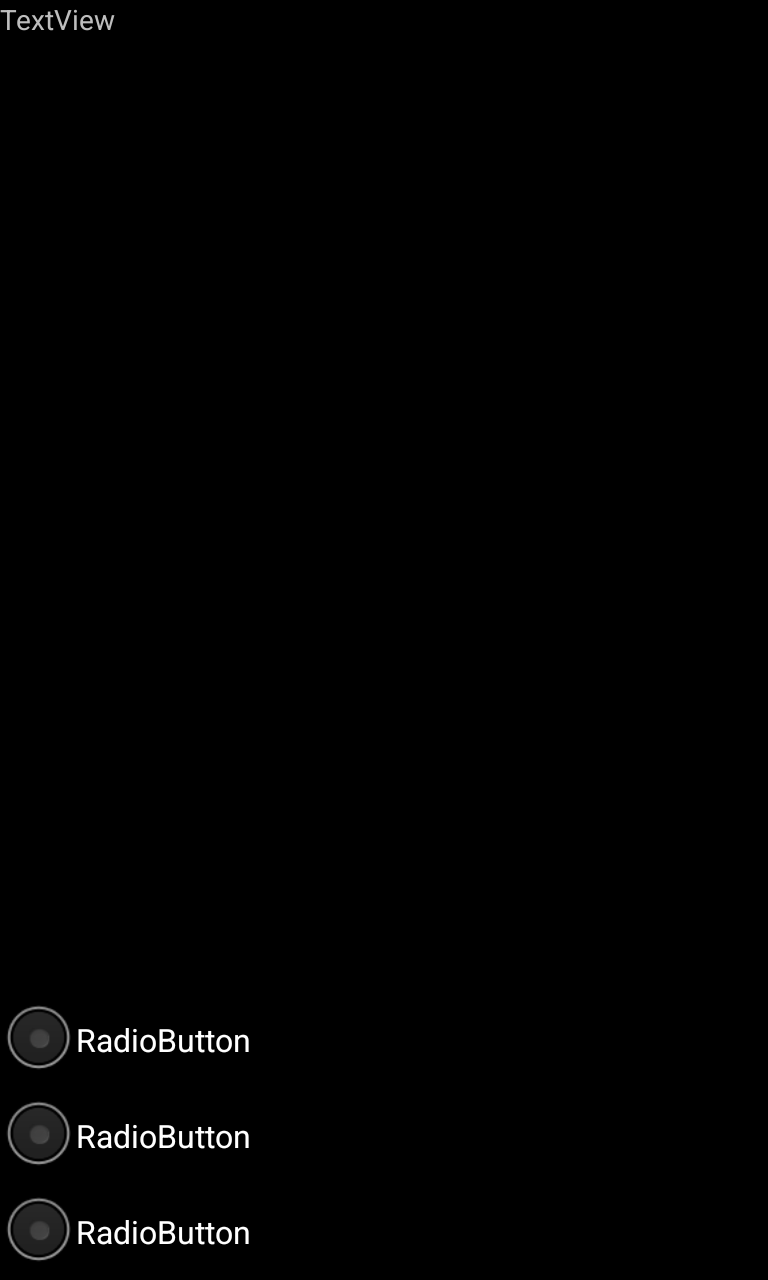
Repository: 12030121047/eventhandling
Layout: Event/res/layout/activity_event.xml
These files come from the project's save history. The layout is drawn as it stood at one moment and after the next save; the edit follows.
It is drawn on a 768 x 1280 px phone screen (xhdpi) without system bars, with theme android:Theme; the app's code is not run.

Above is the layout before, as saved 2014-12-23 03:57:23.

### Event/res/layout/activity_event.xml
<LinearLayout xmlns:android="http://schemas.android.com/apk/res/android"
    xmlns:tools="http://schemas.android.com/tools"
    android:layout_width="match_parent"
    android:layout_height="match_parent"
    android:orientation="vertical"
    tools:context=".EventActivity" >

    <TextView
        android:id="@+id/textView1"
        android:layout_width="264dp"
        android:layout_height="wrap_content"
        android:layout_weight="0.06"
        android:text="TextView" />

    <RadioButton
        android:id="@+id/radioButton1"
        android:layout_width="wrap_content"
        android:layout_height="wrap_content"
        android:text="RadioButton" />

    <RadioButton
        android:id="@+id/radioButton2"
        android:layout_width="wrap_content"
        android:layout_height="wrap_content"
        android:text="RadioButton" />

    <RadioButton
        android:id="@+id/radioButton3"
        android:layout_width="wrap_content"
        android:layout_height="wrap_content"
        android:text="RadioButton" />



</LinearLayout>

After the next save:
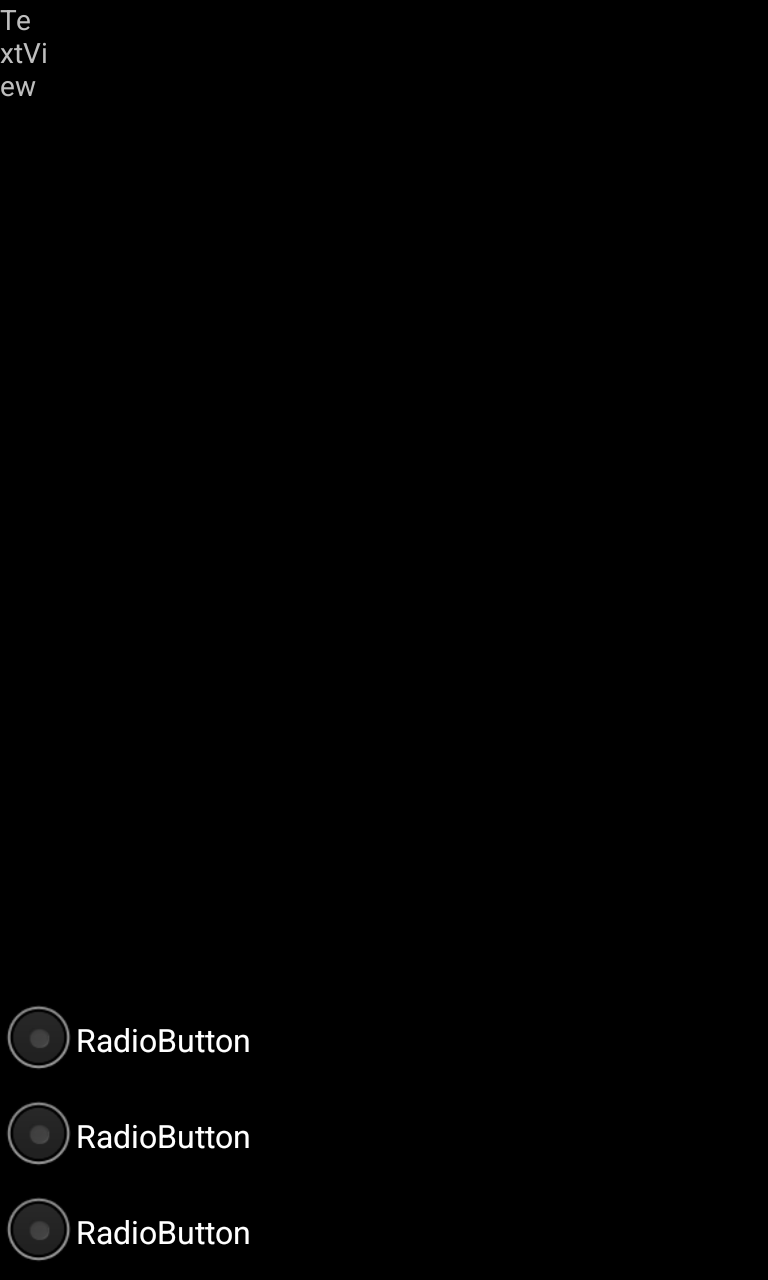
Saved 12 s later.
--- a/Event/res/layout/activity_event.xml
+++ b/Event/res/layout/activity_event.xml
@@ -7,7 +7,7 @@
 
     <TextView
         android:id="@+id/textView1"
-        android:layout_width="264dp"
+        android:layout_width="24dp"
         android:layout_height="wrap_content"
         android:layout_weight="0.06"
         android:text="TextView" />

After the save that followed:
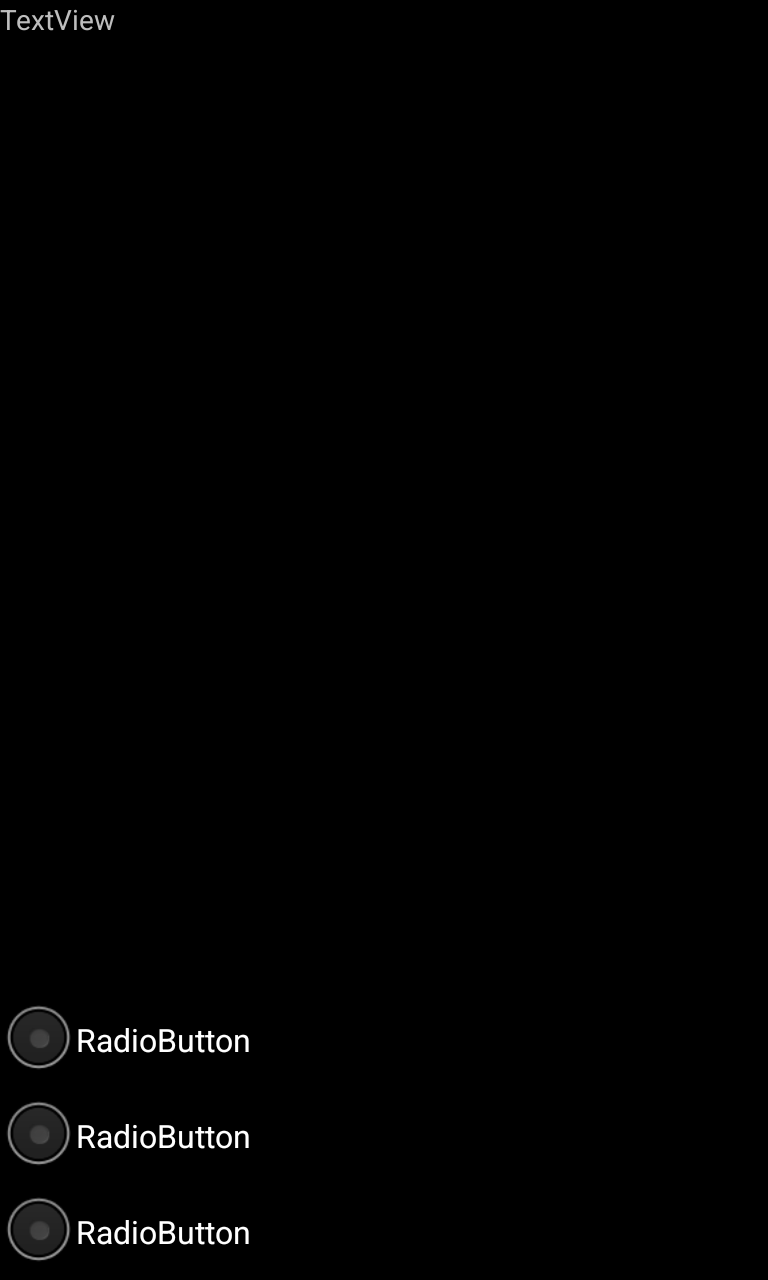
Saved 6 s later.
--- a/Event/res/layout/activity_event.xml
+++ b/Event/res/layout/activity_event.xml
@@ -7,7 +7,7 @@
 
     <TextView
         android:id="@+id/textView1"
-        android:layout_width="24dp"
+        android:layout_width="264dp"
         android:layout_height="wrap_content"
         android:layout_weight="0.06"
         android:text="TextView" />
